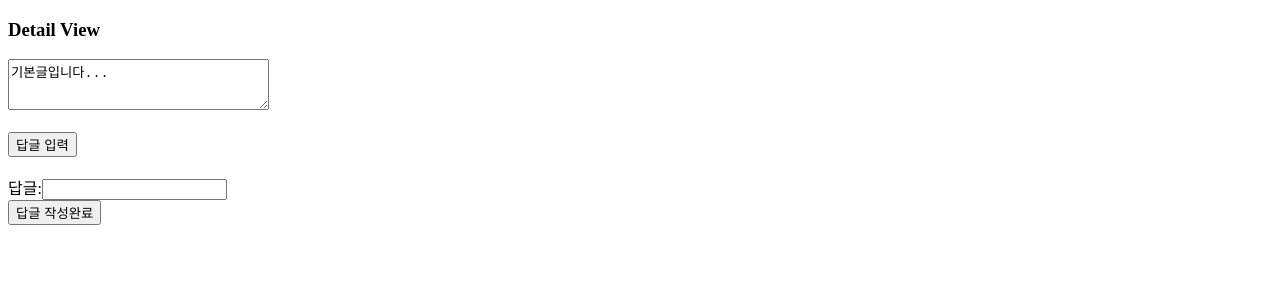
Repository: jeongho97/JQuery
Page: JQuery기본2/WebContent/JQuery_view.html
An editor plug-in stored every save of this project. The page is shown before and after the next save, followed by the edit.
The browser window is 1280 px wide. The pictures show the whole page.

Above is the page before, as saved 2022-05-13 03:08:12.

### JQuery기본2/WebContent/JQuery_view.html
<!DOCTYPE html>
<html>
<head>
<meta charset="UTF-8">
<title>Insert title here</title>
<script src="https://ajax.googleapis.com/ajax/libs/jquery/3.6.0/jquery.min.js"></script> <!-- jQuery를 직접 다운로드하고 호스팅 -->
</head>
<body>

<h3>Detail View</h3>

<textarea rows="3" cols="30">기본글입니다...</textarea>
<br><br>
<button type="button">답글 입력</button>

<div id="answerFrm">

<br>답글:<input type="text" id="answerText">
<br><button type="button" id="answerBtn">답글 작성완료</button>

</div>

<script type="text/javascript">
$(document).ready(function() {
	$("#answerFrm").click(function(){

	})
})

</script>

</body>
</html>

After the next save:
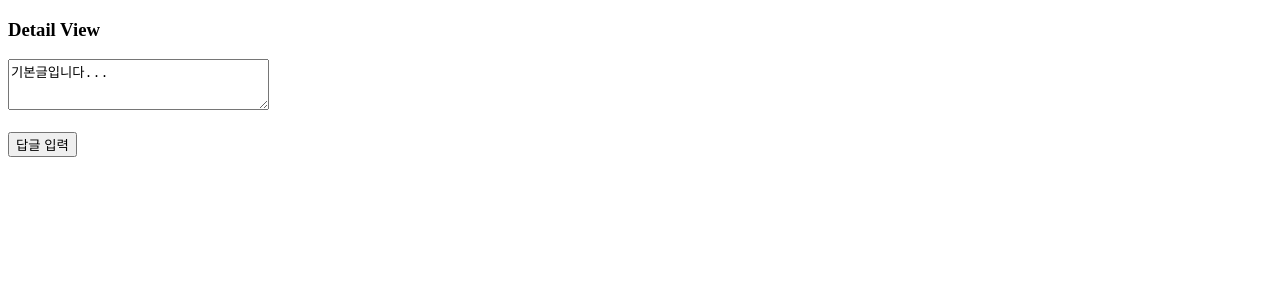
Saved 26 s later.
--- a/JQuery기본2/WebContent/JQuery_view.html
+++ b/JQuery기본2/WebContent/JQuery_view.html
@@ -21,6 +21,9 @@
 </div>
 
 <script type="text/javascript">
+
+$("#answerFrm").hide()
+
 $(document).ready(function() {
 	$("#answerFrm").click(function(){
 
